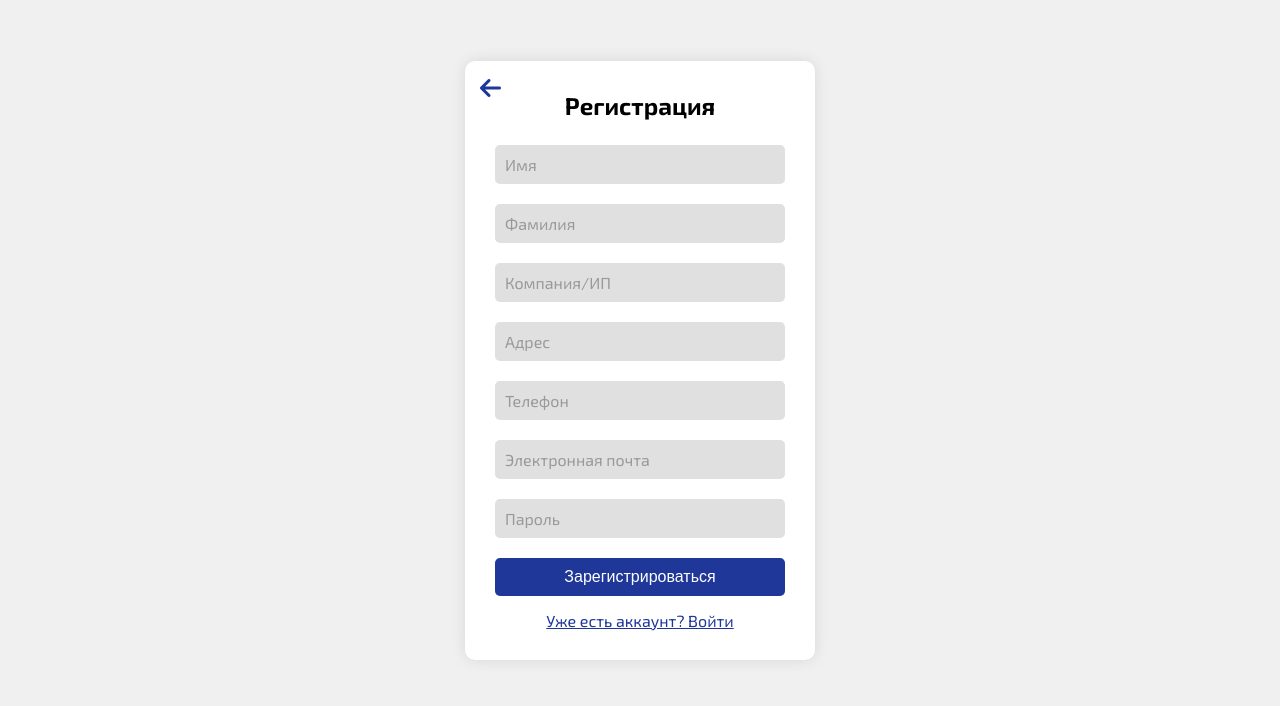
Repository: MaratLK/PLKFrontend
Page: LogReg.html
These files come from the project's save history. The page is drawn as it stood at one moment and after the next save; the edit follows.
The browser window is 1280 px wide. The pictures show the whole page.

Above is the page before, as saved 2024-08-07 22:49:29.

### LogReg.html
<!DOCTYPE html>
<html lang="en">
<head>
  <meta charset="UTF-8" />
  <meta name="viewport" content="width=device-width, initial-scale=1.0" />
  <title>Регистрация и Авторизация</title>
  <link rel="stylesheet" href="StyleReg.css" />
  <link rel="stylesheet" href="https://cdnjs.cloudflare.com/ajax/libs/font-awesome/6.0.0-beta3/css/all.min.css" />
  <link rel="preconnect" href="https://fonts.googleapis.com" />
  <link rel="preconnect" href="https://fonts.gstatic.com" crossorigin />
  <link href="https://fonts.googleapis.com/css2?family=Exo+2:ital,wght@0,100..900;1,100..900&display=swap" rel="stylesheet" />
</head>
<body>
  <div class="container">
    <div id="registerForm" class="form-container active">
      <i class="fas fa-arrow-left back-btn" onclick="goBack()"></i>
      <h2>Регистрация</h2>
      <input type="text" id="firstName" placeholder="Имя" />
      <div id="firstNameError" class="error-message"></div>
      <input type="text" id="lastName" placeholder="Фамилия" />
      <div id="lastNameError" class="error-message"></div>
      <input type="text" id="companyName" placeholder="Компания/ИП" />
      <div id="companyNameError" class="error-message"></div>
      <input type="text" id="address" placeholder="Адрес" />
      <div id="addressError" class="error-message"></div>
      <input type="text" id="phoneNumber" placeholder="Телефон" pattern="\d{11}" title="Введите 11-значный номер без символов." />
      <div id="phoneNumberError" class="error-message"></div>
      <input type="email" id="email" placeholder="Электронная почта" />
      <div id="emailError" class="error-message"></div>
      <input type="password" id="password" placeholder="Пароль" />
      <div id="passwordError" class="error-message"></div>
      <button onclick="register()">Зарегистрироваться</button>
      <span class="toggle-btn" onclick="toggleForms()">Уже есть аккаунт? Войти</span>
    </div>

    <div id="loginForm" class="form-container">
      <i class="fas fa-arrow-left back-btn" onclick="goBack()"></i>
      <h2>Авторизация</h2>
      <input type="email" id="loginEmail" placeholder="Электронная почта" />
      <div id="loginEmailError" class="error-message"></div>
      <input type="password" id="loginPassword" placeholder="Пароль" />
      <div id="loginPasswordError" class="error-message"></div>
      <button onclick="login()">Войти</button>
      <span class="toggle-btn" onclick="toggleForms()">Нет аккаунта? Регистрация</span>
    </div>
  </div>

  <script src="Reg.js"></script>
  <script src="API.js"></script>
  <script src="Validation.js"></script>
</body>
</html>

### StyleReg.css
body {
  font-family: 'Exo 2', sans-serif;
  background-color: #f0f0f0;
  display: flex;
  justify-content: center;
  align-items: center;
  height: 100vh;
  margin: 0;
}

.container {
  background-color: #fff;
  border-radius: 10px;
  box-shadow: 0 0 15px rgba(0, 0, 0, 0.1);
  overflow: hidden;
  width: 350px;
  max-width: 100%;
  text-align: center;
  transition: transform 0.5s ease;
  position: relative;
}

.form-container {
  padding: 30px;
  display: none;
  transition: opacity 0.5s ease;
}

.form-container.active {
  display: block;
  opacity: 1;
}

.form-container h2 {
  margin: 0 0 15px;
}

.form-container input {
  width: 85%;
  padding: 10px;
  margin: 10px 0;
  border: 1px solid #ccc;
  border-radius: 5px;
  transition: border-color 0.3s ease;
}

.form-container button {
  width: 100%;
  padding: 10px;
  border: none;
  border-radius: 5px;
  background-color: #1e3799;
  color: #fff;
  font-size: 16px;
  cursor: pointer;
  transition: background-color 0.3s ease;
  margin-top: 10px;
}

.form-container button:hover {
  background-color: #0056b3;
}

.back-btn {
  position: absolute;
  top: 15px;
  left: 15px;
  color: #1e3799;
  font-size: 24px;
  cursor: pointer;
  transition: color 0.3s ease;
}

.back-btn:hover {
  color: #0056b3;
}

.toggle-btn {
  cursor: pointer;
  color: #1e3799;
  text-decoration: underline;
  margin-top: 15px;
  display: block;
}

.toggle-btn:hover {
  color: #0056b3;
}

input[type="text"], input[type="email"], input[type="password"] {
  font-family: 'Exo 2', sans-serif;
  font-size: 16px;
  color: #333;
  background-color: #e0e0e0;
  border: none;
  padding: 10px;
  border-radius: 5px;
  width: 100%;
  box-sizing: border-box;
  margin-bottom: 10px;
}

input[type="text"]::placeholder, input[type="email"]::placeholder, input[type="password"]::placeholder {
  color: #999;
}

.error-message {
  color: red;
  font-size: 12px;
  margin-bottom: 10px;
  display: none;
}

input.invalid {
  border-color: red;
}

input.valid {
  border-color: green;
}

### Reg.js
function toggleForms() {
    document.getElementById("registerForm").classList.toggle("active");
    document.getElementById("loginForm").classList.toggle("active");
    document.querySelector(".container").style.transform =
      document.querySelector(".container").style.transform === "scale(1.1)"
        ? "scale(1)"
        : "scale(1.1)";
  }

  function register() {
    // Логика регистрации
    alert("Регистрация успешно выполнена!");
  }

  function login() {
    // Логика авторизации
    alert("Авторизация успешна!");
  }

  function goBack() {
    window.location.href = 'index.html';
  }

### API.js
async function register() {
    const firstName = document.getElementById('firstName').value;
    const lastName = document.getElementById('lastName').value;
    const companyName = document.getElementById('companyName').value;
    const address = document.getElementById('address').value;
    const phoneNumber = document.getElementById('phoneNumber').value;
    const email = document.getElementById('email').value;
    const password = document.getElementById('password').value;

    const user = {
      firstName: firstName,
      lastName: lastName,
      companyName: companyName,
      address: address,
      phoneNumber: phoneNumber,
      email: email,
      passwordHash: password
    };

    try {
      const response = await fetch('https://localhost:7268/api/Users/register', {
        method: 'POST',
        headers: {
          'Content-Type': 'application/json'
        },
        body: JSON.stringify(user)
      });

      if (response.ok) {
        const result = await response.json();
        console.log('User registered:', result);
        // Обновление интерфейса или перенаправление пользователя
      } else {
        console.error('Error registering user:', response.statusText);
      }
    } catch (error) {
      console.error('Error:', error);
    }
  }

  async function login() {
    const email = document.getElementById('loginEmail').value;
    const password = document.getElementById('loginPassword').value;

    // Здесь нужно добавить запрос на авторизацию пользователя
    // Пример запроса можно добавить после реализации метода авторизации на сервере

    console.log('Login not implemented');
  }

  function toggleForms() {
    document.getElementById('registerForm').classList.toggle('active');
    document.getElementById('loginForm').classList.toggle('active');
  }

  function goBack() {
    window.history.back();
  }

### Validation.js
document.addEventListener('DOMContentLoaded', function () {
    const phoneNumberInput = document.getElementById('phoneNumber');

    phoneNumberInput.addEventListener('input', function (event) {
      let input = event.target.value.replace(/\D/g, ''); // Удалить все не-цифровые символы
      let formattedInput = '';

      if (input.length > 0) {
        formattedInput += '+7';
      }
      if (input.length > 1) {
        formattedInput += ' (' + input.substring(1, 4);
      }
      if (input.length >= 4) {
        formattedInput += ') ' + input.substring(4, 7);
      }
      if (input.length >= 7) {
        formattedInput += '-' + input.substring(7, 9);
      }
      if (input.length >= 9) {
        formattedInput += '-' + input.substring(9, 11);
      }

      event.target.value = formattedInput; // Присвоим отформатированный ввод
    });

    phoneNumberInput.addEventListener('keydown', function (event) {
      // Позволяет удалять скобки и тире
      if (event.key === 'Backspace' || event.key === 'Delete') {
        let start = phoneNumberInput.selectionStart;
        let end = phoneNumberInput.selectionEnd;

        if (start === end) {
          if (event.key === 'Backspace' && start > 0) {
            start--;
          } else if (event.key === 'Delete' && start < phoneNumberInput.value.length) {
            end++;
          }
        }

        let newValue = phoneNumberInput.value.slice(0, start) + phoneNumberInput.value.slice(end);
        newValue = newValue.replace(/\D/g, ''); // Удалить все не-цифровые символы

        phoneNumberInput.value = newValue;
        event.preventDefault(); // Предотвратить стандартное действие браузера
        phoneNumberInput.dispatchEvent(new Event('input')); // Запустить событие input для повторного форматирования
        phoneNumberInput.setSelectionRange(start, start); // Установить курсор на правильное место
      }
    });


  });

After the next save:
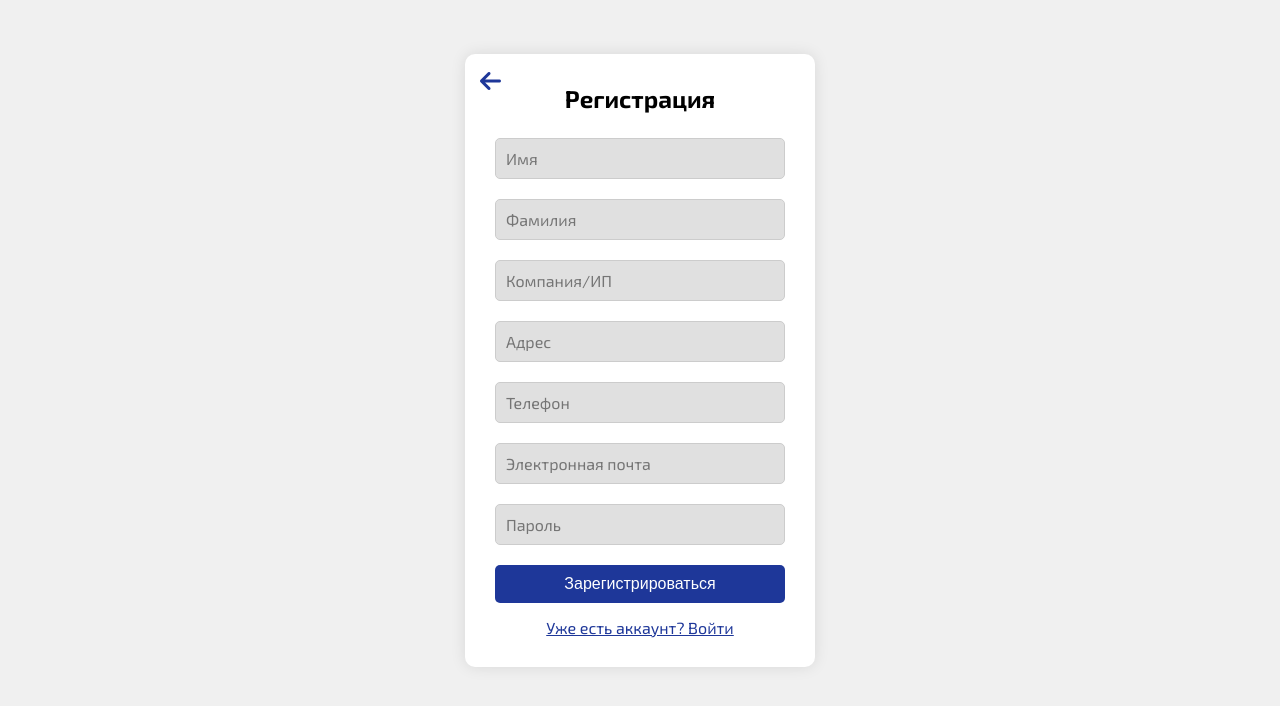
Saved 6 min 17 s later.
--- a/StyleReg.css
+++ b/StyleReg.css
@@ -98,10 +98,15 @@ input[type="text"], input[type="email"], input[type="password"] {
   width: 100%;
   box-sizing: border-box;
   margin-bottom: 10px;
+  border: 1px solid #ccc; /* добавлено для изменения границы */
 }
 
-input[type="text"]::placeholder, input[type="email"]::placeholder, input[type="password"]::placeholder {
-  color: #999;
+input[type="text"].invalid, input[type="email"].invalid, input[type="password"].invalid {
+  border-color: red;
+}
+
+input[type="text"].valid, input[type="email"].valid, input[type="password"].valid {
+  border-color: green;
 }
 
 .error-message {
@@ -110,11 +115,3 @@ input[type="text"]::placeholder, input[type="email"]::placeholder, input[type="p
   margin-bottom: 10px;
   display: none;
 }
-
-input.invalid {
-  border-color: red;
-}
-
-input.valid {
-  border-color: green;
-}
